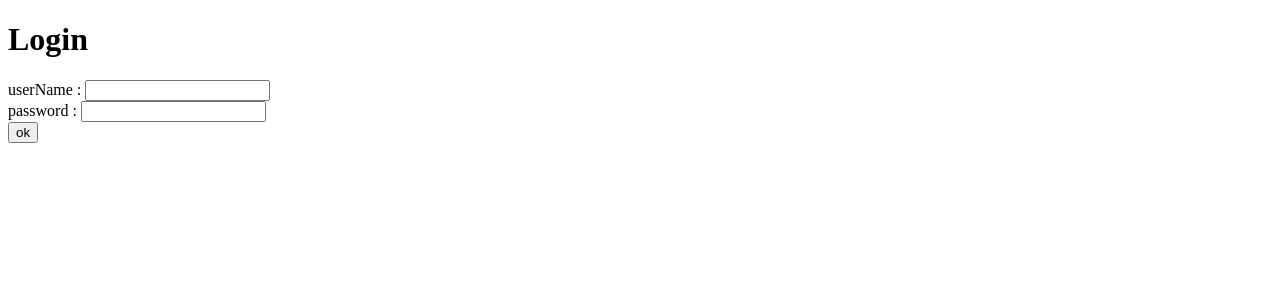
Repository: nishasirt/SimplilearnRepo1
Page: SessionMan_Demo/WebContent/login.html
These files come from the project's save history. The page is drawn as it stood at one moment and after the next save; the edit follows.
The browser window is 1280 px wide. The pictures show the whole page.

Above is the page before, as saved 2022-11-12 04:48:44.

After the next save:
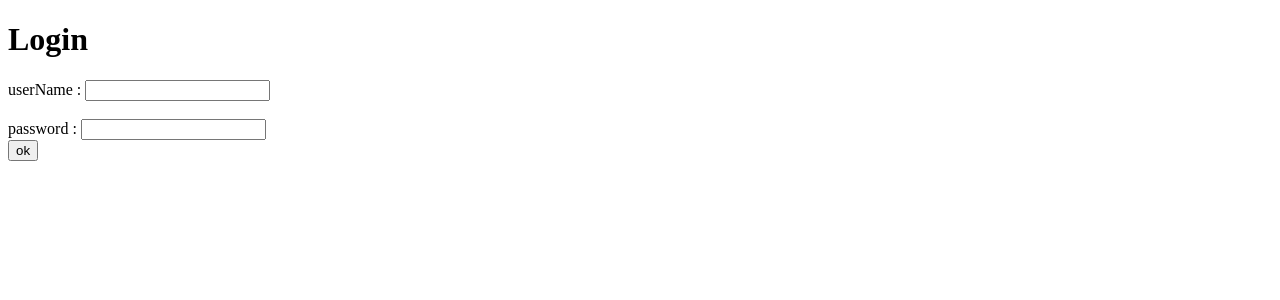
Saved 2 min 49 s later.
--- a/SessionMan_Demo/WebContent/login.html
+++ b/SessionMan_Demo/WebContent/login.html
@@ -7,7 +7,7 @@
 <body>
 <h1>Login</h1>
 <form action="LoginSer" method="post">
-userName :  <input type="text" name="user"><br>
+userName :  <input type="text" name="user"><br><br>
 password : <input type="password" name="pwd"><br>
 <input type="submit" value="ok">
 </body>
